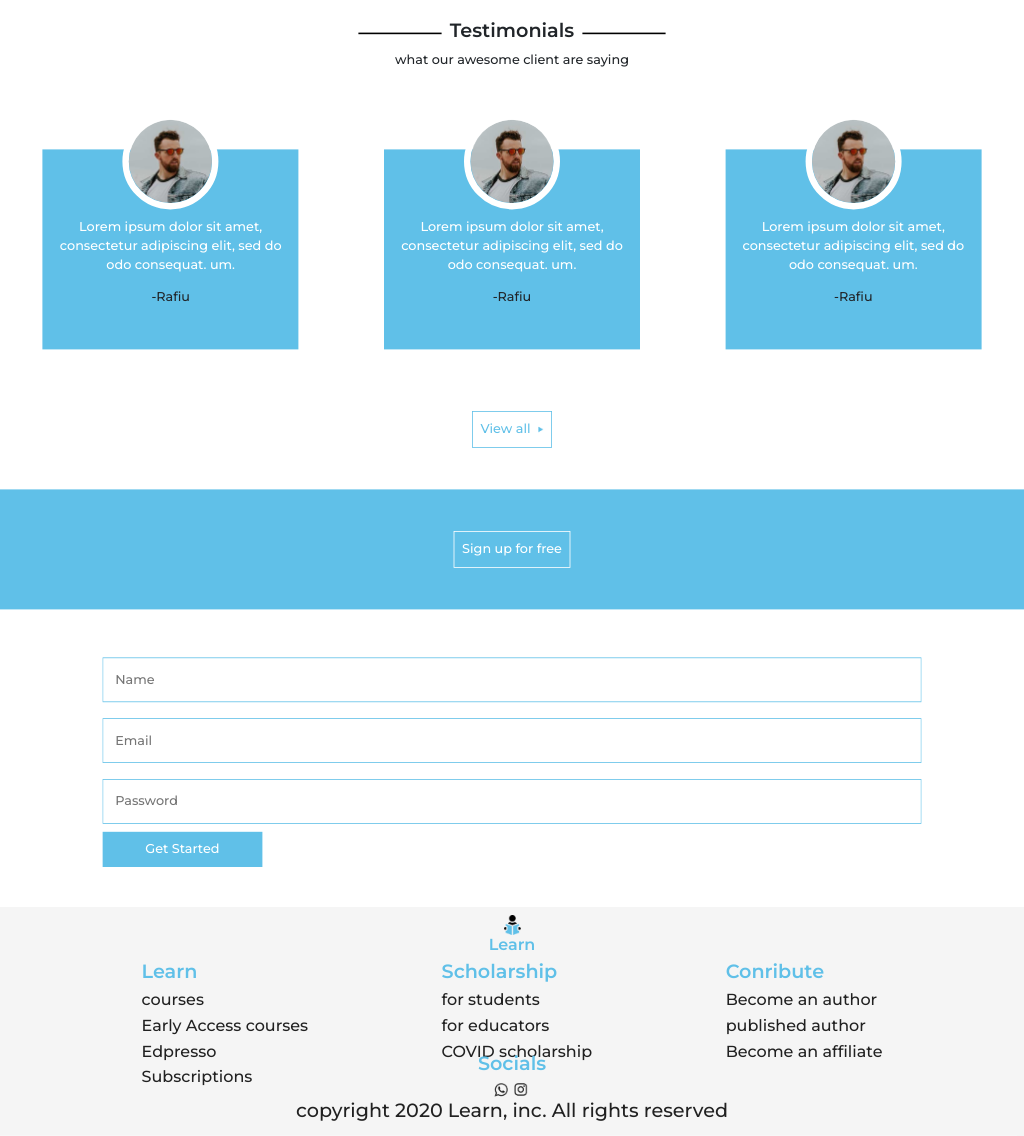
Repository: TiaraOluwanimi/team5
Page: tutor.html
The author's editor kept a copy of each file at every save. The page is drawn from the files as they stood at one save, then again after the next save.
The browser window is 1280 px wide. The pictures show the part of the page from y = 1876 to 3296 px (the page is 3296 px tall), at 80% of full size.
A picture or video elsewhere on the page could not be fetched, so the positions and the page height are approximate. Some web libraries are served in a nearby version.

Above is the page before, as saved 2020-08-08 12:23:52.

After the next save:
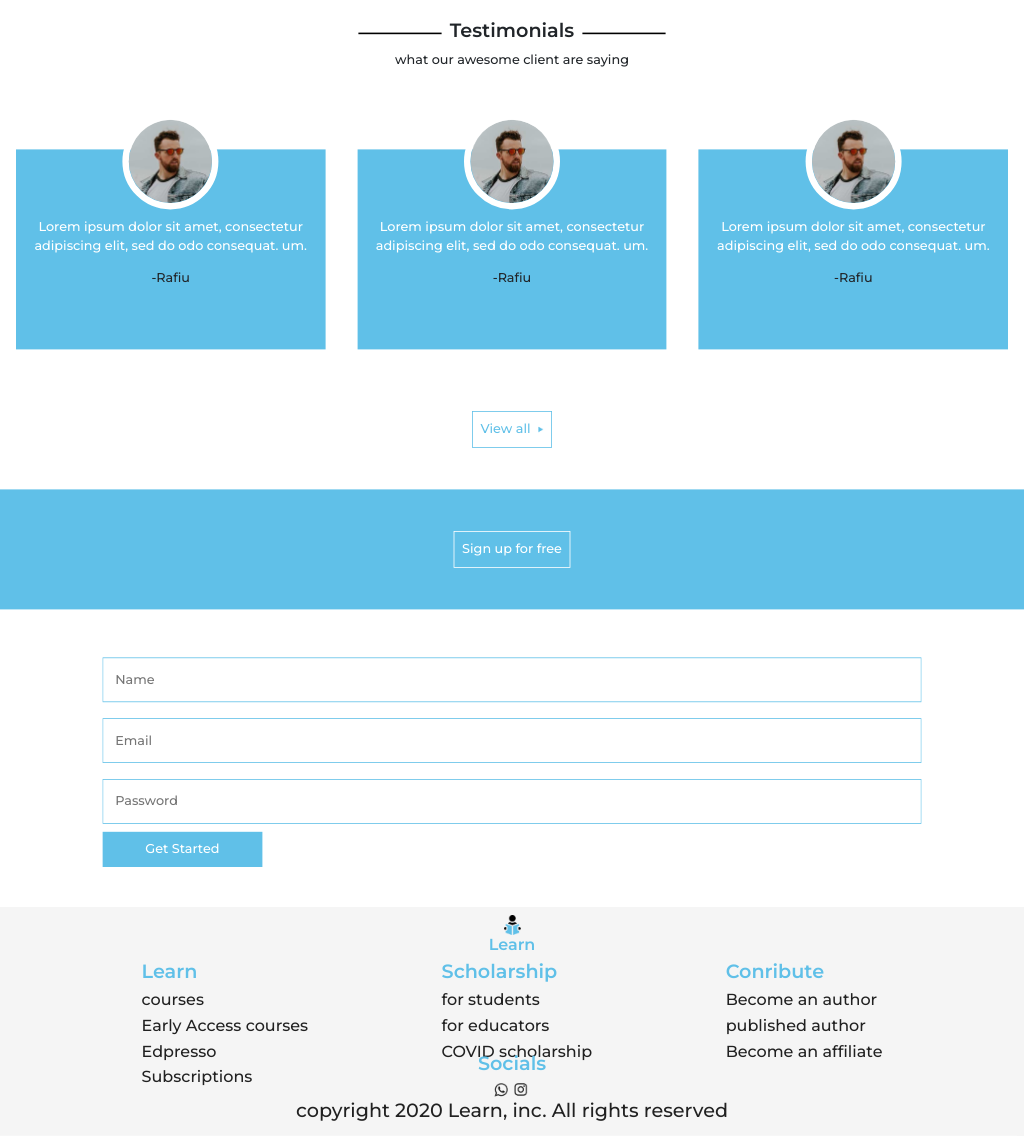
Saved 54 s later.
--- a/tutor.html
+++ b/tutor.html
@@ -224,21 +224,21 @@
           <p>what our awesome client are saying</p>
         </div>
         <div  id="testimonial-details">
-          <div class="testimonial-card col-3">
+          <div class="testimonial-card">
             <img src="./assets/img/Ellipse7.png" alt="">
             <div class="testimonial-statement">
               <p>Lorem ipsum dolor sit amet, consectetur adipiscing elit, sed do odo consequat. um.</p>
             </div>
             <p>-Rafiu</p>
           </div>
-          <div class="testimonial-card col-3">
+          <div class="testimonial-card">
             <img src="./assets/img/Ellipse7.png" alt="">
             <div class="testimonial-statement">
               <p>Lorem ipsum dolor sit amet, consectetur adipiscing elit, sed do odo consequat. um.</p>
             </div>
             <p>-Rafiu</p>
           </div>
-          <div class="testimonial-card col-3">
+          <div class="testimonial-card">
             <img src="./assets/img/Ellipse7.png" alt="">
             <div class="testimonial-statement">
               <p>Lorem ipsum dolor sit amet, consectetur adipiscing elit, sed do odo consequat. um.</p>
